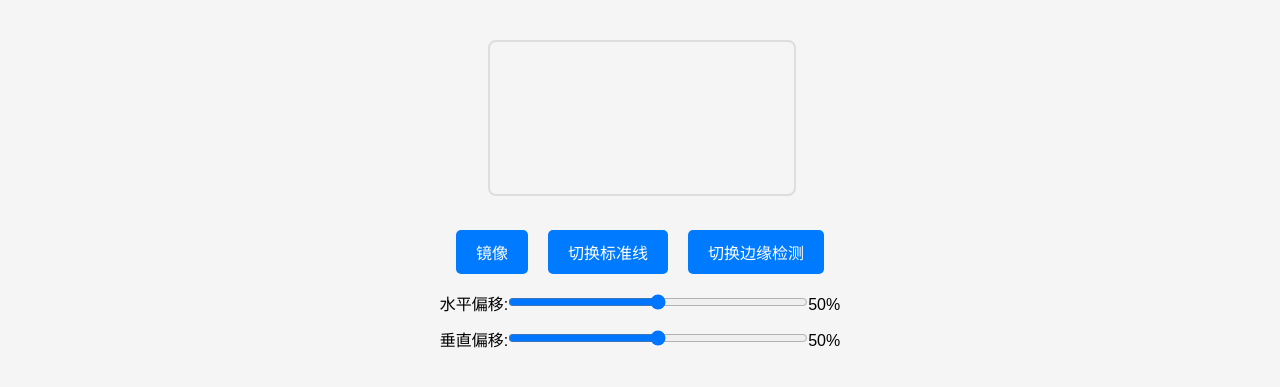
Repository: shasha333333/mirrorOnVue
Page: /
These files come from the project's save history. The page is drawn as it stood at one moment and after the next save; the edit follows.
The browser window is 1280 px wide. The pictures show the whole page.
The page's requests for data from a server got no answer. The project was rebuilt for these pictures with package versions that can differ from the ones it lists, and the page was loaded fresh each time. No one was signed in, and anything a server would have sent is missing. Also part of the build but not shown: vue.config.js.

Above is the page before, as saved 2024-11-18 22:32:22.

After the next save:
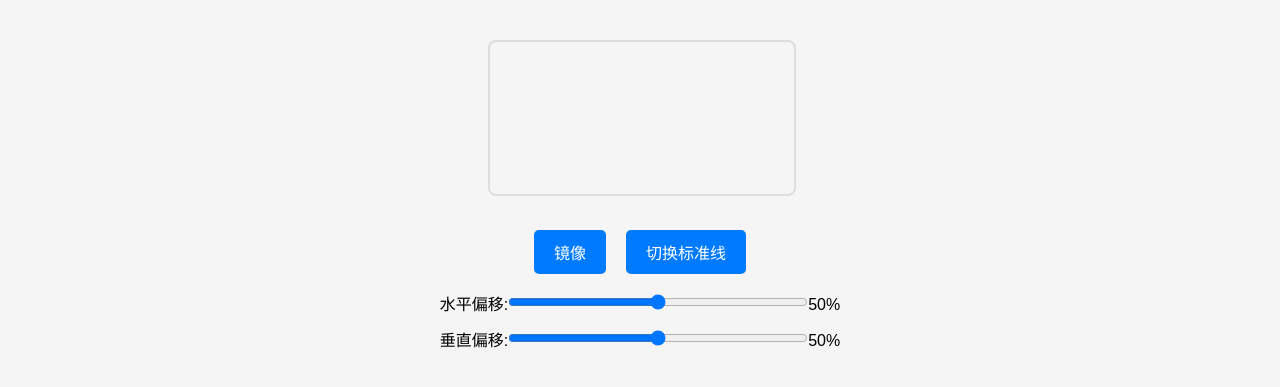
Saved 27 s later.
--- a/src/components/CameraApp.vue
+++ b/src/components/CameraApp.vue
@@ -8,13 +8,12 @@
         width="100%"
         height="auto"
       ></video>
-      <!-- Canvas 用于绘制标准线和边缘检测 -->
+      <!-- Canvas 用于绘制标准线 -->
       <canvas ref="canvas" class="overlay"></canvas>
     </div>
     <div class="controls">
       <button @click="toggleMirror">镜像</button>
       <button @click="toggleLines">切换标准线</button>
-      <button @click="toggleEdgeDetection">切换边缘检测</button> <!-- 新增边缘检测按钮 -->
 
       <!-- 滚动条调整 -->
       <div>
@@ -54,7 +53,6 @@ export default {
       isMirrored: false, // 控制是否开启镜像
       offsetXPercent: 50, // 水平偏移百分比
       offsetYPercent: 50, // 垂直偏移百分比
-      edgeDetectionEnabled: false, // 是否启用边缘检测
     };
   },
   methods: {
@@ -79,13 +77,7 @@ export default {
       this.drawLines(); // 在切换时绘制/清除标准线
     },
 
-    // 切换边缘检测的启用状态
-    toggleEdgeDetection() {
-      this.edgeDetectionEnabled = !this.edgeDetectionEnabled;
-      this.drawLines(); // 在切换时重新绘制图像（包括边缘检测）
-    },
-
-    // 绘制标准线和执行边缘检测
+    // 绘制标准线
     drawLines() {
       const canvas = this.$refs.canvas;
       const context = canvas.getContext("2d");
@@ -98,93 +90,27 @@ export default {
       // 清空画布
       context.clearRect(0, 0, canvas.width, canvas.height);
 
-      // 获取视频帧
-      context.drawImage(video, 0, 0, canvas.width, canvas.height);
+      if (this.showLines) {
+        // 设置绘制标准线的样式
+        context.strokeStyle = "#007bff"; // 蓝色，50%透明度
+        context.lineWidth = 2;
 
-      if (this.showLines) {
-        this.drawStandardLines(context, canvas);
+        // 计算基于视频尺寸的偏移量
+        const offsetX = (this.offsetXPercent / 100) * canvas.width; // 水平偏移量
+        const offsetY = (this.offsetYPercent / 100) * canvas.height; // 垂直偏移量
+
+        // 画竖直标准线
+        context.beginPath();
+        context.moveTo(offsetX, 0);
+        context.lineTo(offsetX, canvas.height);
+        context.stroke();
+
+        // 画水平标准线
+        context.beginPath();
+        context.moveTo(0, offsetY);
+        context.lineTo(canvas.width, offsetY);
+        context.stroke();
       }
-
-      if (this.edgeDetectionEnabled) {
-        this.applyEdgeDetection(context, canvas);
-      }
-    },
-
-    // 绘制标准线
-    drawStandardLines(context, canvas) {
-      context.strokeStyle = "#007bff"; // 蓝色，50%透明度
-      context.lineWidth = 2;
-
-      const offsetX = (this.offsetXPercent / 100) * canvas.width; // 水平偏移量
-      const offsetY = (this.offsetYPercent / 100) * canvas.height; // 垂直偏移量
-
-      // 画竖直标准线
-      context.beginPath();
-      context.moveTo(offsetX, 0);
-      context.lineTo(offsetX, canvas.height);
-      context.stroke();
-
-      // 画水平标准线
-      context.beginPath();
-      context.moveTo(0, offsetY);
-      context.lineTo(canvas.width,offsetY);
-      context.stroke();
-    },
-
-    // 应用简单的边缘检测
-    applyEdgeDetection(context, canvas) {
-      const imageData = context.getImageData(0, 0, canvas.width, canvas.height);
-      const data = imageData.data;
-
-      const width = canvas.width;
-      const height = canvas.height;
-
-      // Sobel 算法：水平和垂直边缘检测核
-      const sobelX = [
-        [-1, 0, 1],
-        [-2, 0, 2],
-        [-1, 0, 1]
-      ];
-      const sobelY = [
-        [-1, -2, -1],
-        [0, 0, 0],
-        [1, 2, 1]
-      ];
-
-      const resultData = new Uint8ClampedArray(data.length);
-
-      for (let y = 1; y < height - 1; y++) {
-        for (let x = 1; x < width - 1; x++) {
-          let pixelX = 0;
-          let pixelY = 0;
-
-          // 执行 Sobel 核计算
-          for (let ky = -1; ky <= 1; ky++) {
-            for (let kx = -1; kx <= 1; kx++) {
-              const pixel = (y + ky) * width + (x + kx);
-              const weightX = sobelX[ky + 1][kx + 1];
-              const weightY = sobelY[ky + 1][kx + 1];
-
-              pixelX += weightX * data[pixel * 4];
-              pixelY += weightY * data[pixel * 4];
-            }
-          }
-
-          // 计算边缘强度
-          const magnitude = Math.sqrt(pixelX * pixelX + pixelY * pixelY);
-          const color = Math.min(255, magnitude);
-
-          const pixelIdx = (y * width + x) * 4;
-          resultData[pixelIdx] = color;
-          resultData[pixelIdx + 1] = color;
-          resultData[pixelIdx + 2] = color;
-          resultData[pixelIdx + 3] = 255; // 保持 alpha 值为 255
-        }
-      }
-
-      // 将结果数据写回画布
-      const newImageData = new ImageData(resultData, width, height);
-      context.putImageData(newImageData, 0, 0);
     },
 
     // 切换镜像效果
@@ -208,9 +134,6 @@ export default {
   watch: {
     showLines() {
       this.drawLines(); // 在切换时绘制标准线
-    },
-    edgeDetectionEnabled() {
-      this.drawLines(); // 在切换时应用边缘检测
     }
   }
 };
